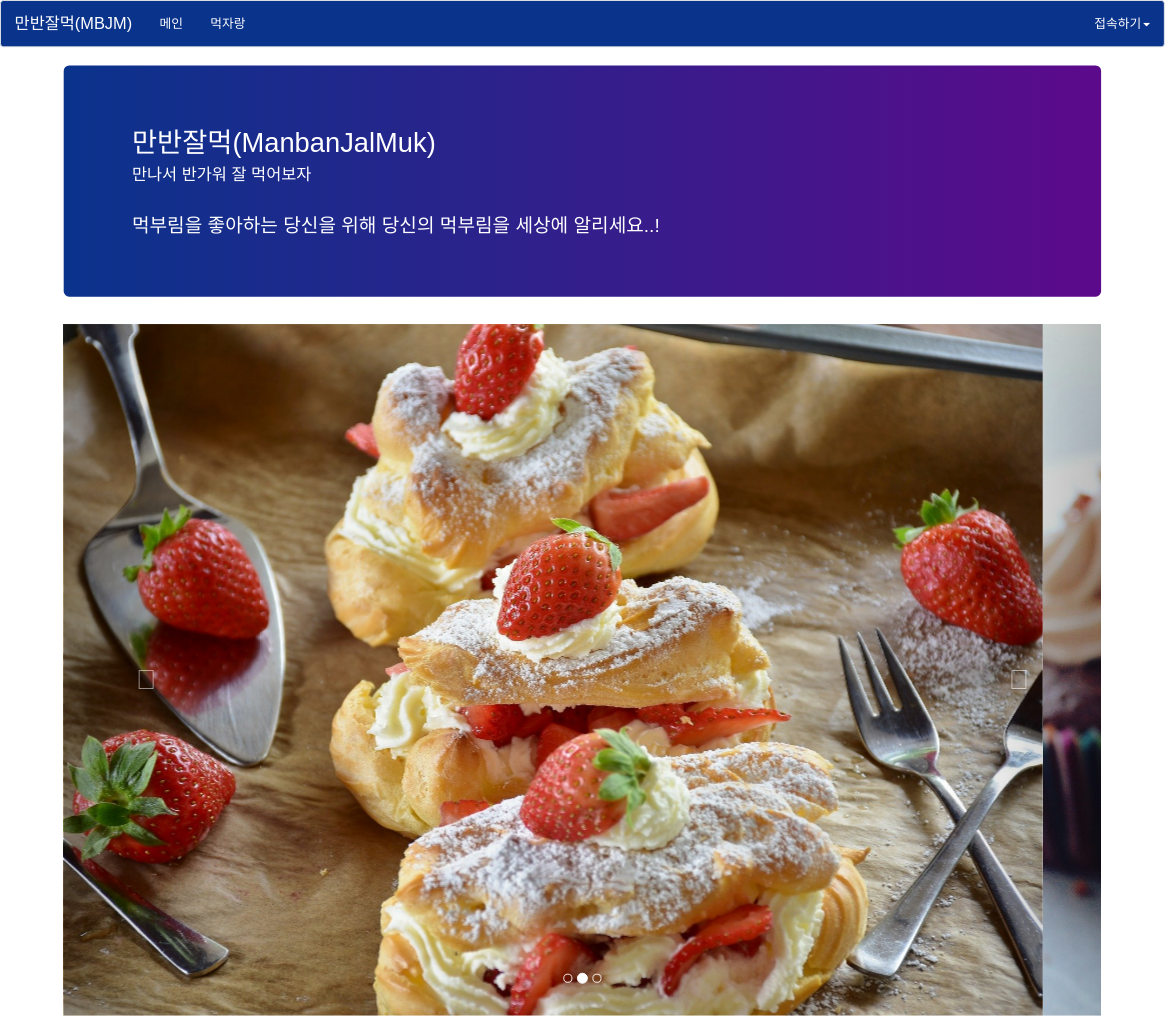
Repository: gimyoni/ManBanJalMuk
Page: http://localhost/text/main.jsp
An editor plug-in stored every save of this project. The page is shown before and after the next save, followed by the edit.
The browser window is 1280 px wide. The pictures show the whole page, at 91% of full size.
Some web fonts or font styles are not loaded; a fallback is used. Some web libraries are served in a nearby version. The page is served by Tomcat 9.

Above is the page before, as saved 2021-05-07 02:57:21.

After the next save:
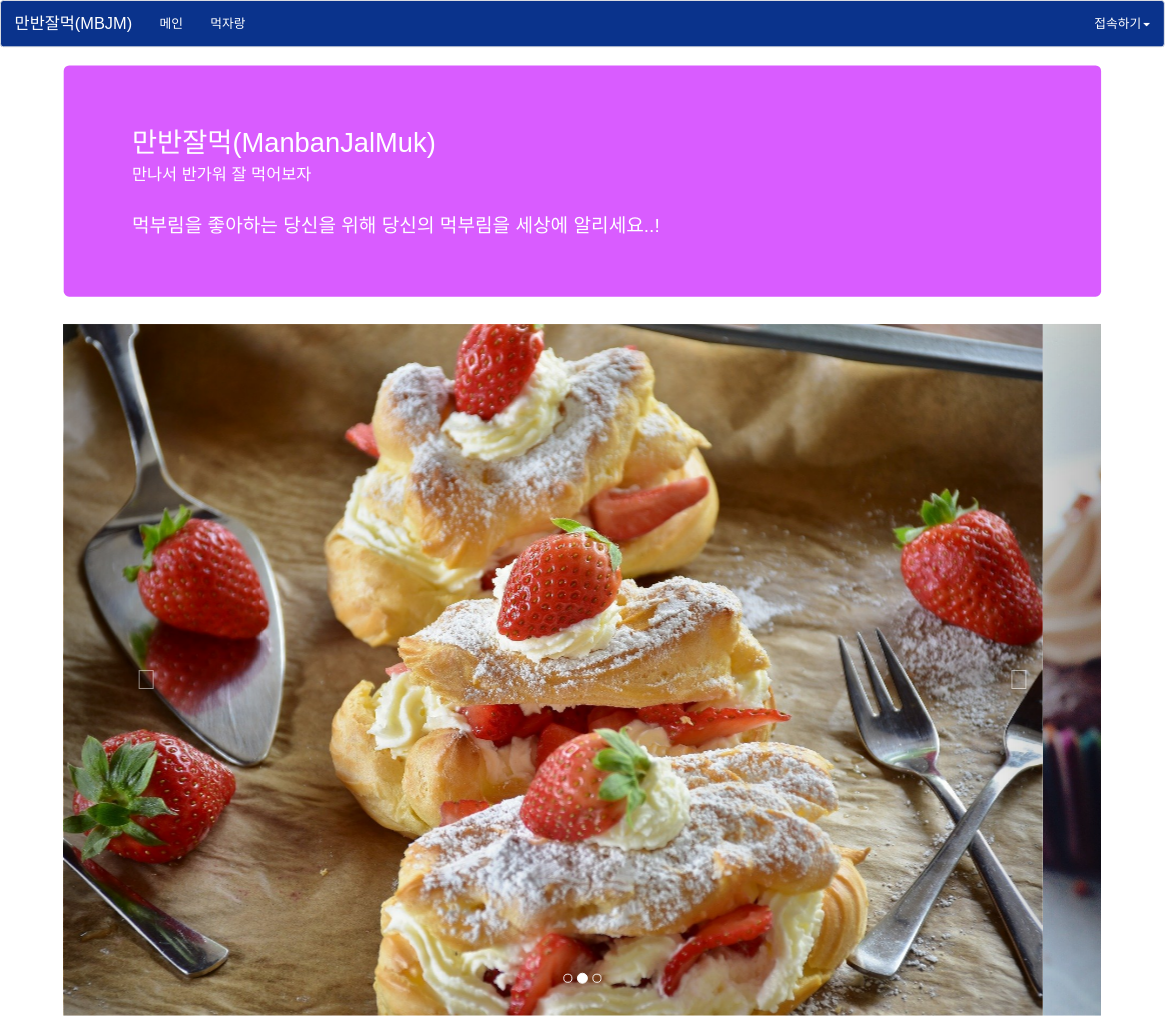
Saved 2 min 41 s later.
--- a/text/WebContent/css/custom.css
+++ b/text/WebContent/css/custom.css
@@ -9,7 +9,7 @@
 }
 .jumbotron{
 	color:white;
-	background: linear-gradient(90deg, #0a338c, #5c0a8c);
+	background: #d95cff;
 }
 .navbar-default{
 	background-color:#0a338c;
